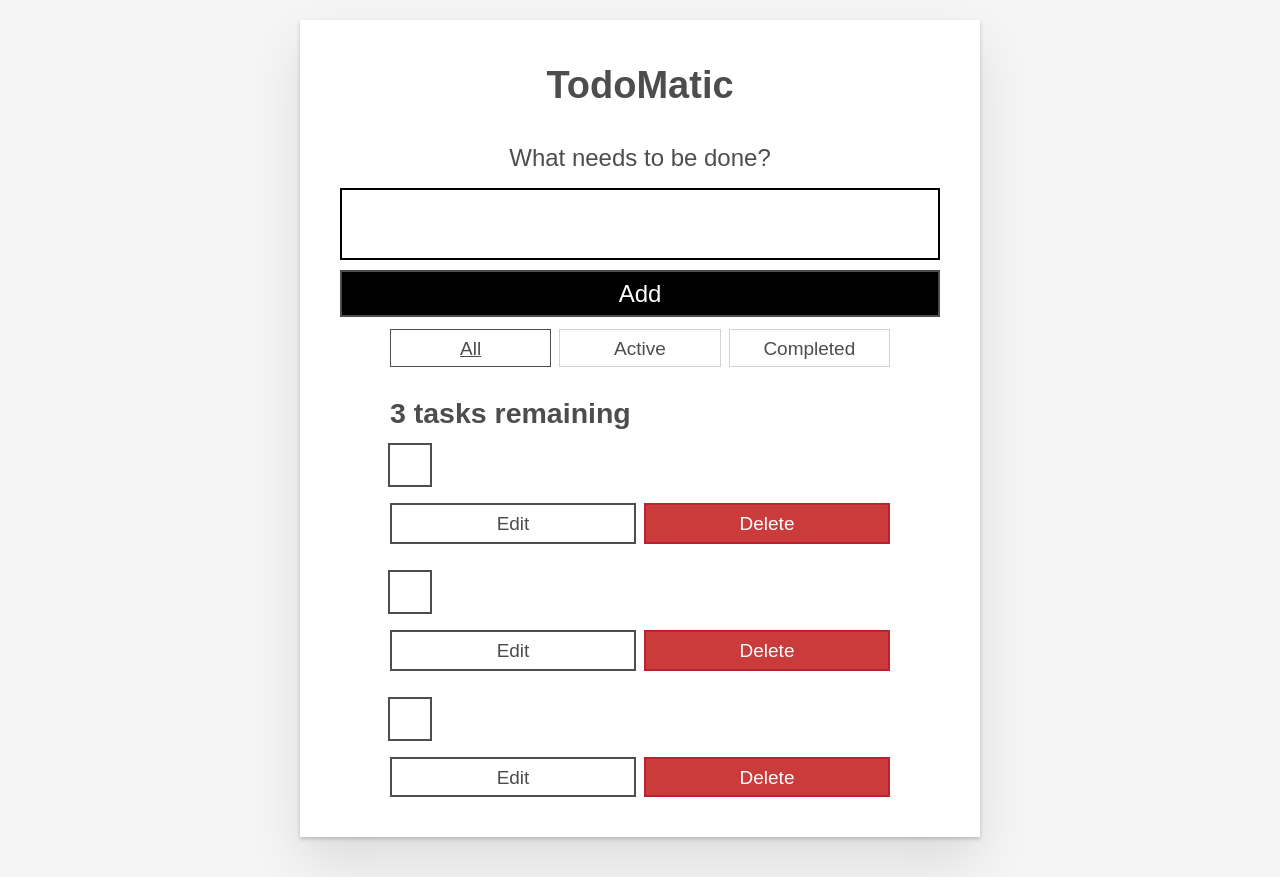
Repository: DevLaukey/todo
Page: /
These files come from the project's save history. The page is drawn as it stood at one moment and after the next save; the edit follows.
The browser window is 1280 px wide. The pictures show the whole page.
The project was rebuilt for these pictures with package versions that can differ from the ones it lists, and the page was loaded fresh each time.

Above is the page before, as saved 2022-05-26 16:09:35.

After the next save:
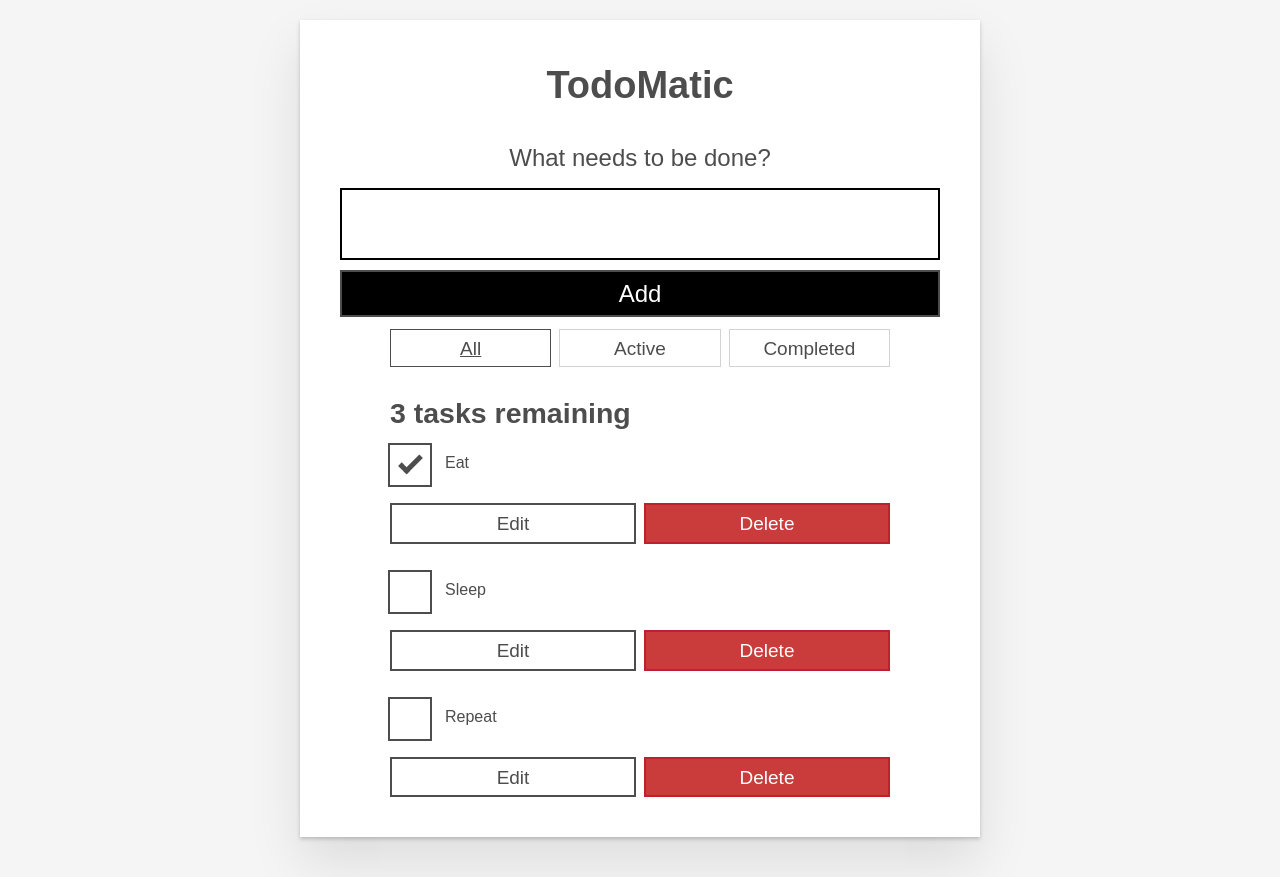
Saved 29 s later.
--- a/src/App.js
+++ b/src/App.js
@@ -2,7 +2,9 @@ import "./App.css"
 import Todo from "./components/Todo";
 
 function App(props) {
-const taskList = props.tasks?.map((task) => <Todo />);
+const taskList = props.tasks?.map((task) => (
+  <Todo id={task.id} name={task.name} completed={task.completed} />
+));
 
   return (
     <div className="todoapp stack-large">
